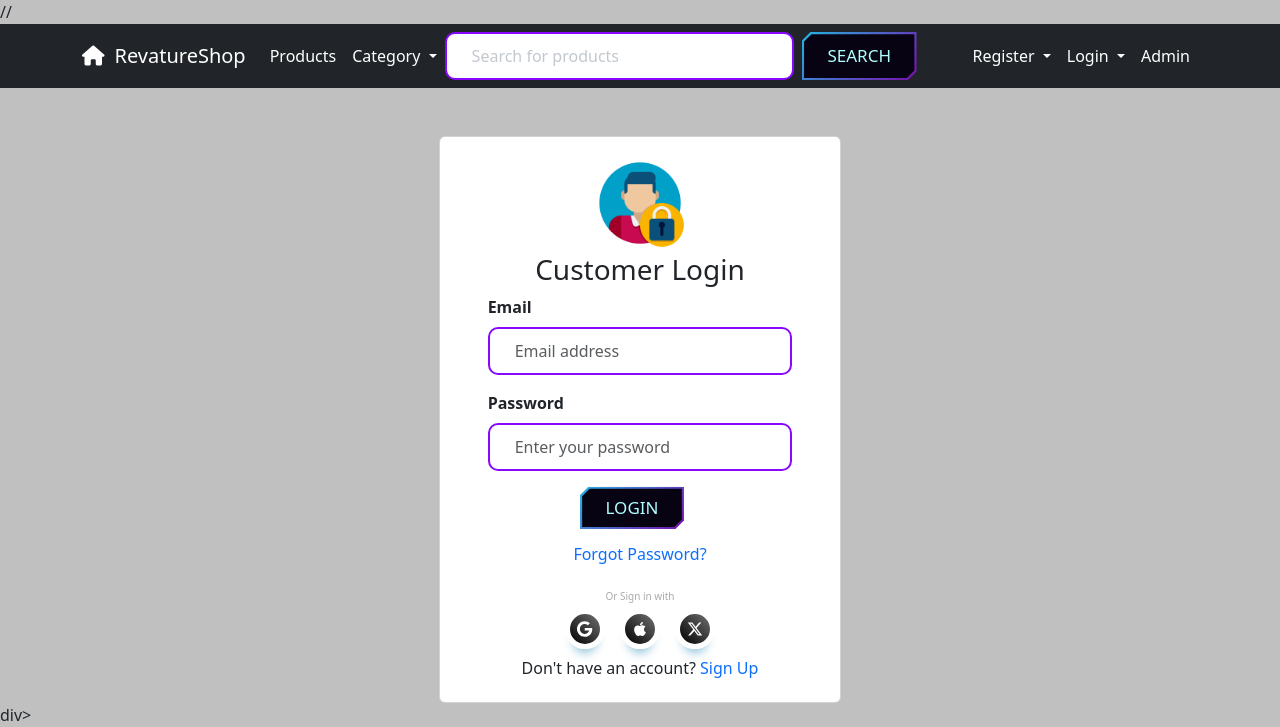
Repository: asmitsuragond15/Project_Ecom
Page: http://localhost/RevatureShop/login.jsp
An editor plug-in stored every save of this project. The page is shown before and after the next save, followed by the edit.
The browser window is 1280 px wide. The pictures show the whole page.
The page is served by Tomcat 10. Other server files are loaded and not shown. Queries for data that is not in the repository find no rows.

Above is the page before, as saved 2024-08-30 09:29:09.

### RevatureShop/src/main/webapp/login.jsp
<%@ page language="java" contentType="text/html; charset=ISO-8859-1"
	pageEncoding="ISO-8859-1"%>
<!DOCTYPE html>
<html>
<head>
<meta charset="ISO-8859-1">
<title>Login</title>
<%@include file="Components/common_css_js.jsp"%>
<style>


label{
	font-weight: bold;
}



.btn {
  --border-color: linear-gradient(-45deg, #ffae00, #7e03aa, #00fffb);
  --border-width: 0.125em;
  --curve-size: 0.5em;
  --blur: 30px;
  --bg: #080312;
  --color: #afffff;
  color: var(--color);
  cursor: pointer;
  /* use position: relative; so that BG is only for .btn */
  position: relative;
  isolation: isolate;
  display: inline-grid;
  place-content: center;
  padding: 0.5em 1.5em;
  font-size: 17px;
  border: 0;
  text-transform: uppercase;
  box-shadow: 10px 10px 20px rgba(0, 0, 0, 0.6);
  clip-path: polygon(
    /* Top-left */ 0% var(--curve-size),
    var(--curve-size) 0,
    /* top-right */ 100% 0,
    100% calc(100% - var(--curve-size)),
    /* bottom-right 1 */ calc(100% - var(--curve-size)) 100%,
    /* bottom-right 2 */ 0 100%
  );
  transition: color 250ms;
}

.btn::after,
.btn::before {
  content: "";
  position: absolute;
  inset: 0;
}

.btn::before {
  background: var(--border-color);
  background-size: 300% 300%;
  animation: move-bg7234 5s ease infinite;
  z-index: -2;
}

@keyframes move-bg7234 {
  0% {
    background-position: 31% 0%;
  }

  50% {
    background-position: 70% 100%;
  }

  100% {
    background-position: 31% 0%;
  }
}

.btn::after {
  background: var(--bg);
  z-index: -1;
  clip-path: polygon(
    /* Top-left */ var(--border-width)
      calc(var(--curve-size) + var(--border-width) * 0.5),
    calc(var(--curve-size) + var(--border-width) * 0.5) var(--border-width),
    /* top-right */ calc(100% - var(--border-width)) var(--border-width),
    calc(100% - var(--border-width))
      calc(100% - calc(var(--curve-size) + var(--border-width) * 0.5)),
    /* bottom-right 1 */
      calc(100% - calc(var(--curve-size) + var(--border-width) * 0.5))
      calc(100% - var(--border-width)),
    /* bottom-right 2 */ var(--border-width) calc(100% - var(--border-width))
  );
  transition: clip-path 500ms;
}

.btn:where(:hover, :focus)::after {
  clip-path: polygon(
    /* Top-left */ calc(100% - var(--border-width))
      calc(100% - calc(var(--curve-size) + var(--border-width) * 0.5)),
    calc(100% - var(--border-width)) var(--border-width),
    /* top-right */ calc(100% - var(--border-width)) var(--border-width),
    calc(100% - var(--border-width))
      calc(100% - calc(var(--curve-size) + var(--border-width) * 0.5)),
    /* bottom-right 1 */
      calc(100% - calc(var(--curve-size) + var(--border-width) * 0.5))
      calc(100% - var(--border-width)),
    /* bottom-right 2 */
      calc(100% - calc(var(--curve-size) + var(--border-width) * 0.5))
      calc(100% - var(--border-width))
  );
  transition: 200ms;
}

.btn:where(:hover, :focus) {
  color: #fff;
}

.form-control{
  color: white;
  border: 2px solid #8707ff;
  border-radius: 10px;
  padding: 10px 25px;
  background: transparent;
  max-width: 100%;
}

.form-control:active {
  box-shadow: 2px 2px 15px #8707ff inset;
}




.social-account-container {
  margin-top: 25px;
}

.social-account-container .title {
  display: block;
  text-align: center;
  font-size: 10px;
  color: rgb(170, 170, 170);
}

.social-account-container .social-accounts {
  width: 100%;
  display: flex;
  justify-content: center;
  gap: 15px;
  margin-top: 5px;
  margin-bottom:10px;
}

.social-account-container .social-accounts .social-button {
  background: linear-gradient(45deg, rgb(0, 0, 0) 0%, rgb(112, 112, 112) 100%);
  border: 5px solid white;
  padding: 5px;
  border-radius: 50%;
  width: 40px;
  aspect-ratio: 1;
  display: grid;
  place-content: center;
  box-shadow: rgba(133, 189, 215, 0.8784313725) 0px 12px 10px -8px;
  transition: all 0.2s ease-in-out;
}

.social-account-container .social-accounts .social-button .svg {
  fill: white;
  margin: auto;
}

.social-account-container .social-accounts .social-button:hover {
  transform: scale(1.2);
}

.social-account-container .social-accounts .social-button:active {
  transform: scale(0.9);
}



</style>
</head>
<body >

	<!--navbar -->
	//<%@include file="Components/navbar.jsp"%>


	<div class="container-fluid">
		<div class="row mt-5">
			<div class="col-md-4 offset-md-4">
				<div class="card">
					<div class="card-body px-5">

						<div class="container text-center">
							<img src="Images/login.png" style="max-width: 100px;"
								class="img-fluid">
						</div>
						<h3 class="text-center">Customer Login</h3>
						<%@include file="Components/alert_message.jsp" %>

						<!--login-form-->
						<form id="login-form" action="LoginServlet" method="post">
							<input type="hidden" name="login" value="user">
							<div class="mb-3">
								<label class="form-label">Email</label> <input
									type="email" name="user_email" placeholder="Email address"
									class="form-control" required>
							</div>
							<div class="mb-3">
								<label class="form-label">Password</label>
								<input type="password" name="user_password"
									placeholder="Enter your password" class="form-control" required>
							</div>
							<div id="login-btn" class="container text-center">
								<button type="submit" class="btn btn-outline-primary me-3">Login</button>
							</div>
						</form>
						<div class="mt-3 text-center">
							<h6><a href="forgot_password.jsp" style="text-decoration: none">Forgot Password?</a></h6>

							 <div class="social-account-container">
        <span class="title">Or Sign in with</span>
        <div class="social-accounts">
          <button class="social-button google">
            <svg class="svg" xmlns="http://www.w3.org/2000/svg" height="1em" viewBox="0 0 488 512">
              <path d="M488 261.8C488 403.3 391.1 504 248 504 110.8 504 0 393.2 0 256S110.8 8 248 8c66.8 0 123 24.5 166.3 64.9l-67.5 64.9C258.5 52.6 94.3 116.6 94.3 256c0 86.5 69.1 156.6 153.7 156.6 98.2 0 135-70.4 140.8-106.9H248v-85.3h236.1c2.3 12.7 3.9 24.9 3.9 41.4z"></path>
            </svg></button>
          <button class="social-button apple">
            <svg class="svg" xmlns="http://www.w3.org/2000/svg" height="1em" viewBox="0 0 384 512">
              <path d="M318.7 268.7c-.2-36.7 16.4-64.4 50-84.8-18.8-26.9-47.2-41.7-84.7-44.6-35.5-2.8-74.3 20.7-88.5 20.7-15 0-49.4-19.7-76.4-19.7C63.3 141.2 4 184.8 4 273.5q0 39.3 14.4 81.2c12.8 36.7 59 126.7 107.2 125.2 25.2-.6 43-17.9 75.8-17.9 31.8 0 48.3 17.9 76.4 17.9 48.6-.7 90.4-82.5 102.6-119.3-65.2-30.7-61.7-90-61.7-91.9zm-56.6-164.2c27.3-32.4 24.8-61.9 24-72.5-24.1 1.4-52 16.4-67.9 34.9-17.5 19.8-27.8 44.3-25.6 71.9 26.1 2 49.9-11.4 69.5-34.3z"></path>
            </svg>
          </button>
          <button class="social-button twitter">
            <svg class="svg" xmlns="http://www.w3.org/2000/svg" height="1em" viewBox="0 0 512 512">
              <path d="M389.2 48h70.6L305.6 224.2 487 464H345L233.7 318.6 106.5 464H35.8L200.7 275.5 26.8 48H172.4L272.9 180.9 389.2 48zM364.4 421.8h39.1L151.1 88h-42L364.4 421.8z"></path>
            </svg>
          </button>
        </div>
							<h6>
								Don't have an account?<a href="register.jsp"
									style="text-decoration: none"> Sign Up</a>
							</h6>
						</div>
					</div>

				</div>
			</div>
		</div>
	</div>
</div>div>

</body>
</html>

### RevatureShop/src/main/webapp/Components/common_css_js.jsp
<!--CSS-->
<link href="https://cdn.jsdelivr.net/npm/bootstrap@5.3.0/dist/css/bootstrap.min.css" rel="stylesheet" integrity="sha384-9ndCyUaIbzAi2FUVXJi0CjmCapSmO7SnpJef0486qhLnuZ2cdeRhO02iuK6FUUVM" crossorigin="anonymous">
<!--font awesome-->
<!--<link rel="stylesheet" href="https://cdnjs.cloudflare.com/ajax/libs/font-awesome/4.7.0/css/font-awesome.min.css">
-->
<link rel="stylesheet" href="https://cdnjs.cloudflare.com/ajax/libs/font-awesome/6.4.0/css/all.min.css">
<link rel="stylesheet" href="CSS/style.css"/>


<!--JavaScript-->
<script src="https://cdn.jsdelivr.net/npm/bootstrap@5.3.0/dist/js/bootstrap.bundle.min.js" integrity="sha384-geWF76RCwLtnZ8qwWowPQNguL3RmwHVBC9FhGdlKrxdiJJigb/j/68SIy3Te4Bkz" crossorigin="anonymous"></script>
<script src="JS/script.js"></script>

<!--jQuery-->
<script src="https://code.jquery.com/jquery-3.7.0.min.js" integrity="sha256-2Pmvv0kuTBOenSvLm6bvfBSSHrUJ+3A7x6P5Ebd07/g=" crossorigin="anonymous"></script>
<!--sweet alert-->
<script src="https://unpkg.com/sweetalert/dist/sweetalert.min.js"></script>
<script src="https://cdn.jsdelivr.net/npm/sweetalert2@11"></script>

### RevatureShop/src/main/webapp/Components/navbar.jsp
<%@page import="com.revature.entities.Admin"%>
<%@page import="com.revature.entities.Cart"%>
<%@page import="com.revature.dao.CartDao"%>
<%@page import="com.revature.entities.User"%>
<%@page import="java.util.List"%>
<%@page import="com.revature.entities.Category"%>
<%@page import="com.revature.helper.ConnectionProvider"%>
<%@page import="com.revature.dao.CategoryDao"%>
<%
User user = (User) session.getAttribute("activeUser");
Admin admin = (Admin) session.getAttribute("activeAdmin");

CategoryDao catDao = new CategoryDao(ConnectionProvider.getConnection());
List<Category> categoryList = catDao.getAllCategories();
%>
<style>
.navbar {
	font-weight: 500;
}

.nav-link {
	color: rgb(255 255 255/ 100%) !important;
}

.dropdown-menu {
	background-color: #ffffff !important;
	border-color: #949494;
}

.dropdown-menu li a:hover {
	background-color: #808080 !important;
	color: white;
}
</style>
<nav class="navbar navbar-expand-lg navbar-light bg-dark"
	data-bs-theme="dark">

	<!-- admin nav bar -->
	<%
	if (admin != null) {
	%>
	<div class="container">
		<a class="navbar-brand" href="admin.jsp"><i
			class="fa-sharp fa-solid fa-house" style="color: #ffffff;"></i>&ensp;RevatureShop</a>
		<button class="navbar-toggler" type="button" data-bs-toggle="collapse"
			data-bs-target="#navbarSupportedContent"
			aria-controls="navbarSupportedContent" aria-expanded="false"
			aria-label="Toggle navigation">
			<span class="navbar-toggler-icon"></span>
		</button>
		<div class="collapse navbar-collapse" id="navbarSupportedContent">



			<div class="container text-end">
				<ul class="navbar-nav justify-content-end">
					<li class="nav-item"><button type="button"
							class="btn nav-link" data-bs-toggle="modal"
							data-bs-target="#add-category">
							<i class="fa-solid fa-plus fa-xs"></i>Add Category
						</button></li>
					<li class="nav-item"><button type="button"
							class="btn nav-link" data-bs-toggle="modal"
							data-bs-target="#add-product">
							<i class="fa-solid fa-plus fa-xs"></i>Add Product
						</button></li>
					<li class="nav-item"><a class="nav-link" aria-current="page"
						href="admin.jsp"><%=admin.getName()%></a></li>
					<li class="nav-item"><a class="nav-link" aria-current="page"
						href="LogoutServlet?user=admin"><i
							class="fa-solid fa-user-slash fa-sm" style="color: #fafafa;"></i>&nbsp;Logout</a></li>
				</ul>
			</div>
		</div>
	</div>
	<%
	} else {
	%>

	<!-- end -->

	<!-- for all -->
	<div class="container">
		<a class="navbar-brand" href="index.jsp"><i
			class="fa-sharp fa-solid fa-house" style="color: #ffffff;"></i>&ensp;RevatureShop</a>
		<button class="navbar-toggler" type="button" data-bs-toggle="collapse"
			data-bs-target="#navbarSupportedContent"
			aria-controls="navbarSupportedContent" aria-expanded="false"
			aria-label="Toggle navigation">
			<span class="navbar-toggler-icon"></span>
		</button>
		<div class="collapse navbar-collapse " id="navbarSupportedContent">
			<ul class="navbar-nav me-auto mb-2 mb-lg-0">
				<li class="nav-item"><a class="nav-link" href="products.jsp"
					role="button" aria-expanded="false"> Products </a>
				<li class="nav-item dropdown"><a
					class="nav-link dropdown-toggle" href="#" role="button"
					data-bs-toggle="dropdown" aria-expanded="false"> Category </a>
					<ul class="dropdown-menu bg-dark">
						<li><a class="dropdown-item  "  href="products.jsp?category=0">All
								Products</a></li>
						<%
						for (Category c : categoryList) {
						%>
						<li><a class="dropdown-item"
							href="products.jsp?category=<%=c.getCategoryId()%>"><%=c.getCategoryName()%></a></li>
						<%
						}
						%>
					</ul></li>
			</ul>
			<form class="d-flex pe-5" role="search" action="products.jsp"
				method="get">
				<input name="search" class="form-control me-2" size="50"
					type="search" placeholder="Search for products" aria-label="Search"
					style="background-color: white !important;">
				<button class="btn btn-outline-light" type="submit">Search</button>
			</form>

			<!-- when user is logged in -->
			<%
			if (user != null) {
				CartDao cartDao = new CartDao(ConnectionProvider.getConnection());
				int cartCount = cartDao.getCartCountByUserId(user.getUserId());
			%>
			<ul class="navbar-nav ml-auto">
				<li class="nav-item active pe-3"><a
					class="nav-link position-relative" aria-current="page"
					href="cart.jsp"><i class="fa-solid fa-cart-shopping"
						style="color: #ffffff;"></i> &nbsp;Cart<span
						class="position-absolute top-1 start-0 translate-middle badge rounded-pill bg-danger"><%=cartCount%></span></a></li>
				<li class="nav-item active pe-3"><a class="nav-link"
					aria-current="page" href="profile.jsp"><%=user.getUserName()%></a></li>
				<li class="nav-item pe-3"><a class="nav-link"
					aria-current="page" href="LogoutServlet?user=user"><i
						class="fa-solid fa-user-slash" style="color: #fafafa;"></i>&nbsp;Logout</a></li>
			</ul>
			<%
			} else {
			%>



















			<ul class="navbar-nav ml-auto">


				<!-- Example single danger button -->
<div class="collapse navbar-collapse" id="navbarSupportedContent">
    <ul class="navbar-nav me-auto mb-2 mb-lg-0">

        <!-- Register Dropdown -->
        <li class="nav-item dropdown">
            <a class="nav-link dropdown-toggle" href="#" role="button" data-bs-toggle="dropdown" aria-expanded="false">
                Register
            </a>
            <ul class="dropdown-menu">
                <li>
                    <a class="dropdown-item" href="register.jsp">
                        <i class="fa-solid fa-user-plus" style="color: #ffffff;"></i> Register Customer
                    </a>
                </li>
                <li>
                    <a class="dropdown-item" href="seller.jsp">
                        <i class="fa-solid fa-user-plus" style="color: #ffffff;"></i> Register Seller
                    </a>
                </li>
            </ul>
        </li>

        <!-- Login Dropdown -->
        <li class="nav-item dropdown">
            <a class="nav-link dropdown-toggle" href="#" role="button" data-bs-toggle="dropdown" aria-expanded="false">
                Login
            </a>
            <ul class="dropdown-menu">
                <li>
                    <a class="dropdown-item" href="login.jsp">
                        <i class="fa-solid fa-user-lock" style="color: #fafafa;"></i> Login Customer
                    </a>
                </li>
                <li>
                    <a class="dropdown-item" href="sellerlogin.jsp">
                        <i class="fa-solid fa-user-lock" style="color: #ffffff;"></i> Login Seller
                    </a>
                </li>
            </ul>
        </li>
		<li class="nav-item"><a class="nav-link" href="admin.jsp"
					role="button" aria-expanded="false"> Admin </a>
    </ul>
</div>




					</ul>
				</div>



		</div>

	<%
	}
	}
	%>
	<!-- end  -->
</nav>

### RevatureShop/src/main/webapp/Components/alert_message.jsp
<%@page import="com.eazydeals.entities.Message"%>
<%
Message messg = (Message) session.getAttribute("message");
if (messg != null) {
%>
<div class="alert <%=messg.getCssClass()%>" role="alert" id="alert">
	<%=messg.getMessage()%>
</div>
<%
session.removeAttribute("message");
}
%>
<script type="text/javascript">
	setTimeout(function() {
		$('#alert').alert('close');
	}, 3000);
</script>

### RevatureShop/src/main/java/com/revature/dao/CategoryDao.java
package com.revature.dao;

import java.sql.Connection;
import java.sql.PreparedStatement;
import java.sql.ResultSet;
import java.sql.SQLException;
import java.sql.Statement;
import java.util.ArrayList;
import java.util.List;
import com.revature.entities.Category;

public class CategoryDao {
	private Connection con;

	public CategoryDao(Connection con) {
		super();
		this.con = con;
	}

	public boolean saveCategory(Category category) {
		boolean flag = false;

		try {
			String query = "insert into category(name, image) values(?, ?)";
			PreparedStatement psmt = this.con.prepareStatement(query);
			psmt.setString(1, category.getCategoryName());
			psmt.setString(2, category.getCategoryImage());

			psmt.executeUpdate();
			flag = true;

		} catch (SQLException e) {
			e.printStackTrace();
		}
		return flag;
	}

	public List<Category> getAllCategories() {

		List<Category> list = new ArrayList<>();
		try {

			String query = "select * from category";
			Statement statement = this.con.createStatement();

			ResultSet rs = statement.executeQuery(query);
			while (rs.next()) {
				Category category = new Category();
				category.setCategoryId(rs.getInt("cid"));
				category.setCategoryName(rs.getString("name"));
				category.setCategoryImage(rs.getString("image"));

				list.add(category);
			}
		} catch (Exception e) {
			e.printStackTrace();
		}

		return list;
	}
	public Category getCategoryById(int cid) {
		Category category = new Category();
		try {
			String query = "select * from category where cid = ?";
			PreparedStatement psmt = this.con.prepareStatement(query);
			psmt.setInt(1, cid);
			ResultSet rs = psmt.executeQuery();
			while (rs.next()) {
				category.setCategoryId(rs.getInt("cid"));
				category.setCategoryName(rs.getString("name"));
				category.setCategoryImage(rs.getString("image"));
			}
		} catch (Exception e) {
			e.printStackTrace();
		}
		return category;
	}
	public String getCategoryName(int catId) {
		String category = "";
		try {
			String query = "select * from category where cid = ?";
			PreparedStatement psmt = this.con.prepareStatement(query);
			psmt.setInt(1, catId);
			ResultSet rs = psmt.executeQuery();
			while (rs.next()) {
				category = rs.getString("name");
			}

		} catch (Exception e) {
			e.printStackTrace();
		}
		return category;
	}

	public void updateCategory(Category cat) {
		try {
			String query = "update category set name=?, image=? where cid=?";
			PreparedStatement psmt = this.con.prepareStatement(query);
			psmt.setString(1, cat.getCategoryName());
			psmt.setString(2, cat.getCategoryImage());
			psmt.setInt(3, cat.getCategoryId());

			psmt.executeUpdate();
		} catch (Exception e) {
			e.printStackTrace();
		}
	}

	public void deleteCategory(int cid) {
		try {
			String query = "delete from category where cid = ?";
			PreparedStatement psmt = this.con.prepareStatement(query);
			psmt.setInt(1, cid);

			psmt.executeUpdate();

		} catch (Exception e) {
			e.printStackTrace();
		}
	}
	public int categoryCount() {
		int count = 0;
		try {
			String query = "select count(*) from category";
			Statement stmt = con.createStatement();
			ResultSet rs = stmt.executeQuery(query);
			rs.next();
			count = rs.getInt(1);
		} catch (Exception e) {
			e.printStackTrace();
		}
		return count;
	}
}

### RevatureShop/src/main/java/com/revature/helper/ConnectionProvider.java
package com.revature.helper;

import java.sql.Connection;
import java.sql.DriverManager;
import jakarta.servlet.http.HttpServlet;

public class ConnectionProvider extends HttpServlet{

	private static final long serialVersionUID = 1L;
	private static Connection connection;

	public static Connection getConnection() {

		try {
			if (connection == null) {
				Class.forName("com.mysql.cj.jdbc.Driver");
				connection = DriverManager.getConnection("jdbc:mysql://localhost:3306/eazydeals","root","P7028460201p$");
			}
		} catch (Exception e) {
			e.printStackTrace();
		}
		return connection;
	}

}

### RevatureShop/src/main/webapp/CSS/style.css
.custom-color {
	/*background: linear-gradient(90deg, rgba(198,245,255,1) 0%, rgba(137,182,254,1) 28%, rgba(123,124,255,1) 58%, rgba(105,97,255,1) 87%, rgba(36,24,255,1) 100%);
*/
	background: radial-gradient(circle, rgba(112, 192, 255, 1) 0%,
		rgba(98, 153, 254, 1) 24%, rgba(123, 124, 255, 1) 49%,
		rgba(97, 124, 255, 1) 86%, rgba(36, 24, 255, 1) 100%);
}

body {
	background-color: rgb(192, 192, 192);
	}

Loaded but not shown: RevatureShop/src/main/webapp/JS/script.js (common file)

After the next save:
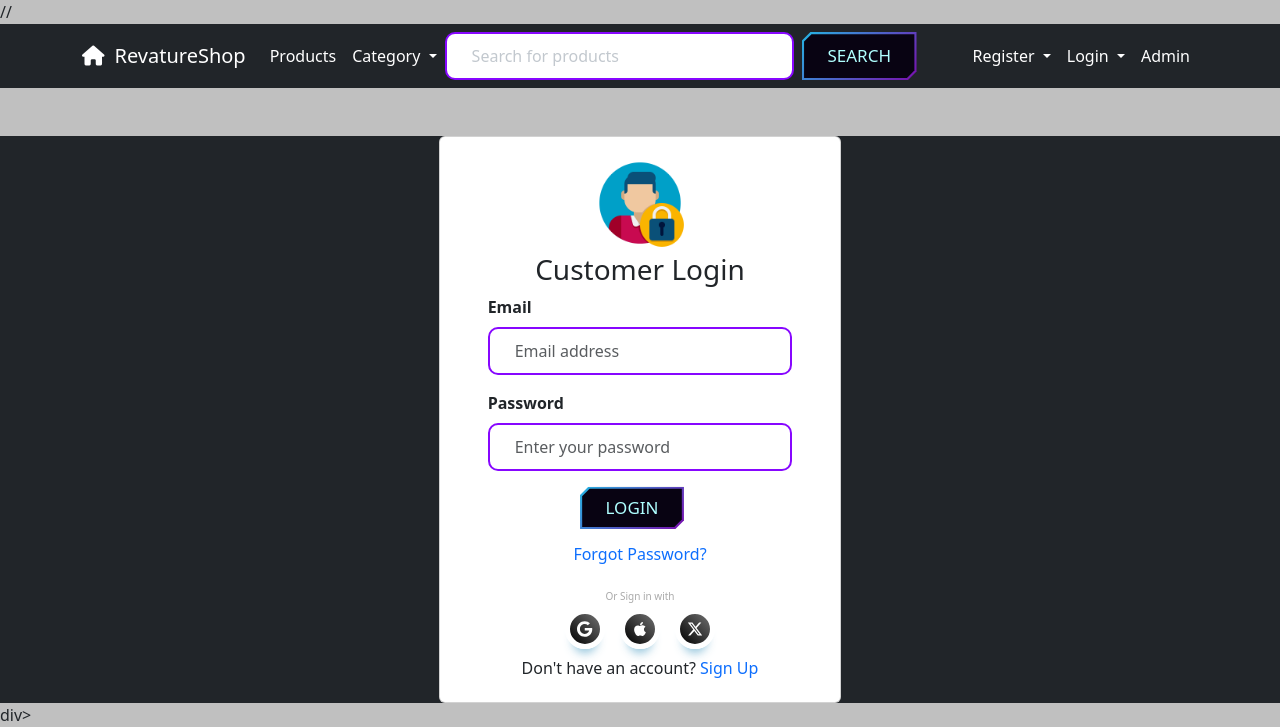
Saved 35 s later.
--- a/RevatureShop/src/main/webapp/login.jsp
+++ b/RevatureShop/src/main/webapp/login.jsp
@@ -185,7 +185,7 @@ label{
 	//<%@include file="Components/navbar.jsp"%>
 
 
-	<div class="container-fluid">
+	<div class="container-fluid bg-dark">
 		<div class="row mt-5">
 			<div class="col-md-4 offset-md-4">
 				<div class="card">
